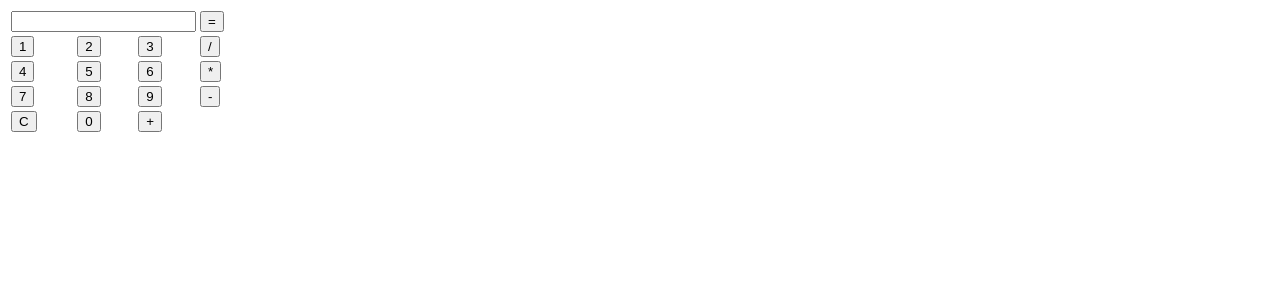
Repository: Seryozha02/CalculatorAndStopwatch
Page: calculator.html
These files come from the project's save history. The page is drawn as it stood at one moment and after a run of saves; the edit follows.
The browser window is 1280 px wide. The pictures show the whole page.

Above is the page before, as saved 2022-10-03 00:17:22.

### calculator.html
<!DOCTYPE html>
<html lang="en">
  <head>
    <meta charset="UTF-8" />
    <meta http-equiv="X-UA-Compatible" content="IE=edge" />
    <meta name="viewport" content="width=device-width, initial-scale=1.0" />
    <link rel="stylesheet" href="calculator.css" />
    <title>Calculator</title>
  </head>
  <body>
    <table>
      <tr>
        <td colspan="3"><input class="display-box" type="text" id="result"/></td>
        <td><input type="button" value="=" onclick="calculate()" id="btn"></td>
      </tr>
      <tr>
        <td><input type="button" value="1" onclick="display(('1'))" /></td>
        <td><input type="button" value="2" onclick="display(('2'))" /></td>
        <td><input type="button" value="3" onclick="display(('3'))" /></td>
        <td><input type="button" value="/" onclick="display(('/'))" /></td>
      </tr>
      <tr>
        <td><input type="button" value="4" onclick="display(('4'))"></td>
        <td><input type="button" value="5" onclick="display(('5'))"></td>
        <td><input type="button" value="6" onclick="display(('6'))"></td>
        <td><input type="button" value="*" onclick="display(('*'))"></td>
      </tr>
      <tr>
        <td><input type="button" value="7" onclick="display(('7'))"></td>
        <td><input type="button" value="8" onclick="display(('8'))"></td>
        <td><input type="button" value="9" onclick="display(('9'))"></td>
        <td><input type="button" value="-" onclick="display(('-'))"></td>
      </tr>
      <tr>
      <td><input type="button" value="C" onclick="cleareScreen()" id="btn"></td>
      <td><input type="button" value="0" onclick="display(('0'))"></td>
      <td><input type="button" value="+" onclick="display(('+'))"></td>
    </tr>
    </table>
  </body>
  <script src="calculator.js"></script>
</html>

Loaded but not shown: calculator.css (no copy from this time; the picture is the same without it); calculator.js (no copy from this time; the picture is the same without it)

After the next 4 saves:
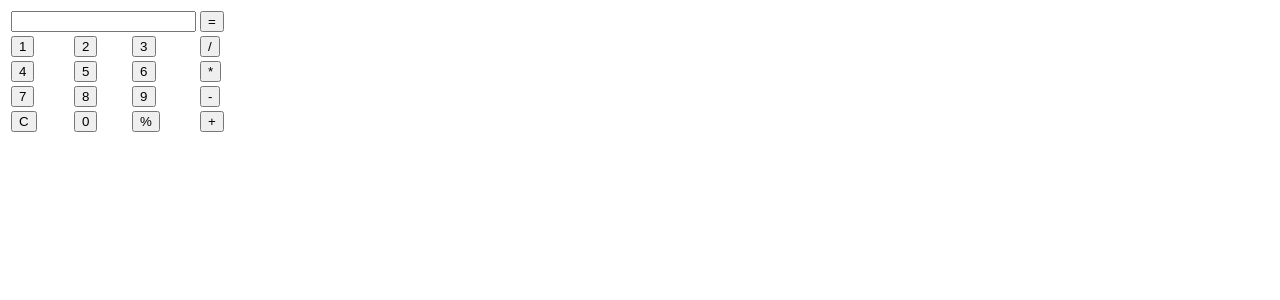
The 4 saves are shown as one change because they came seconds apart.
The last was saved 15 s later.
--- a/calculator.html
+++ b/calculator.html
@@ -34,6 +34,7 @@
       <tr>
       <td><input type="button" value="C" onclick="cleareScreen()" id="btn"></td>
       <td><input type="button" value="0" onclick="display(('0'))"></td>
+      <td><input type="button" value="%" onclick="display(('%'))"></td>
       <td><input type="button" value="+" onclick="display(('+'))"></td>
     </tr>
     </table>
